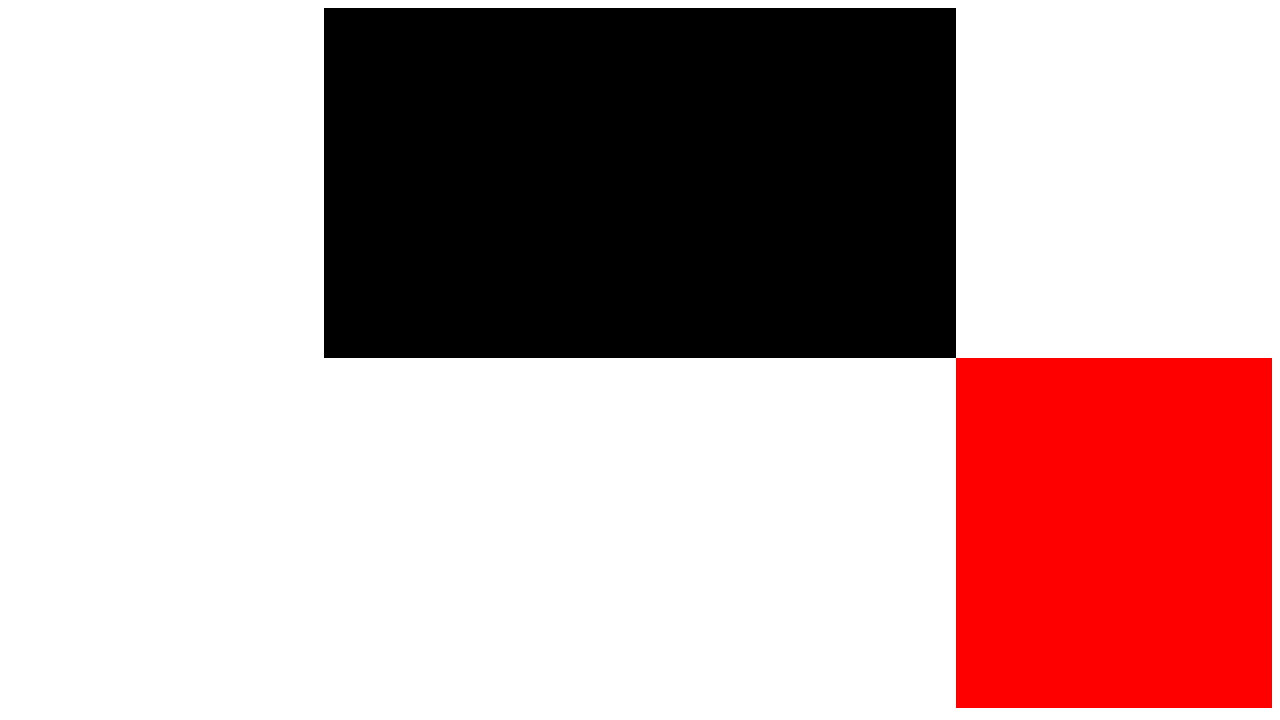
Repository: robvollmar/LHWDivision
Page: index.html
The author's editor kept a record of every edit. The page is drawn from the files as they stood at one moment, then again after the next edit.
The browser window is 1280 px wide. The pictures show the whole page.

Above is the page before.

After the next edit:
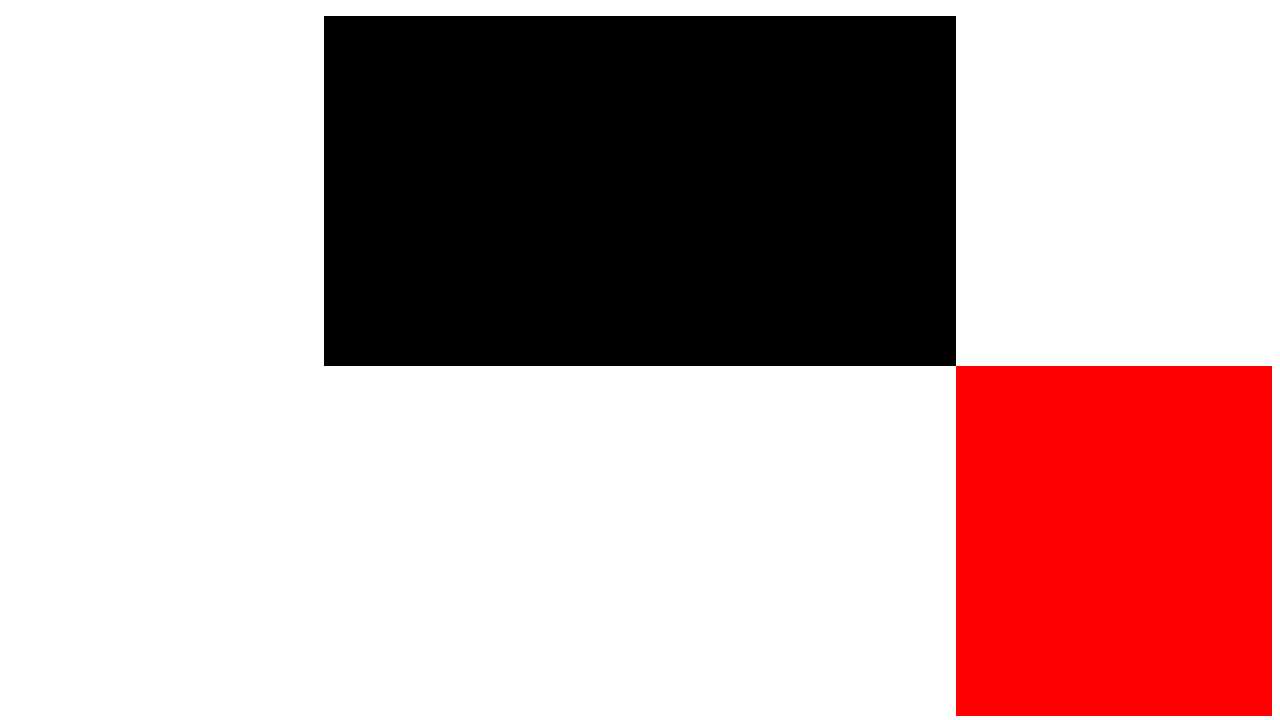
The edit:
--- a/index.html
+++ b/index.html
@@ -9,6 +9,14 @@
 
     </div>
         <div class="topmiddle">
+    <span class="toptext">
+            <p><strong><em>Ultimate Fighting Championship</em></strong>
+            </p>
+            <p><strong><em>Light Heavyweight Divison (205 lb max.)</em></strong>
+            </p>
+        </span>
+
+
     </div>
 
     <div class="topright">

After the 4 edits that followed:
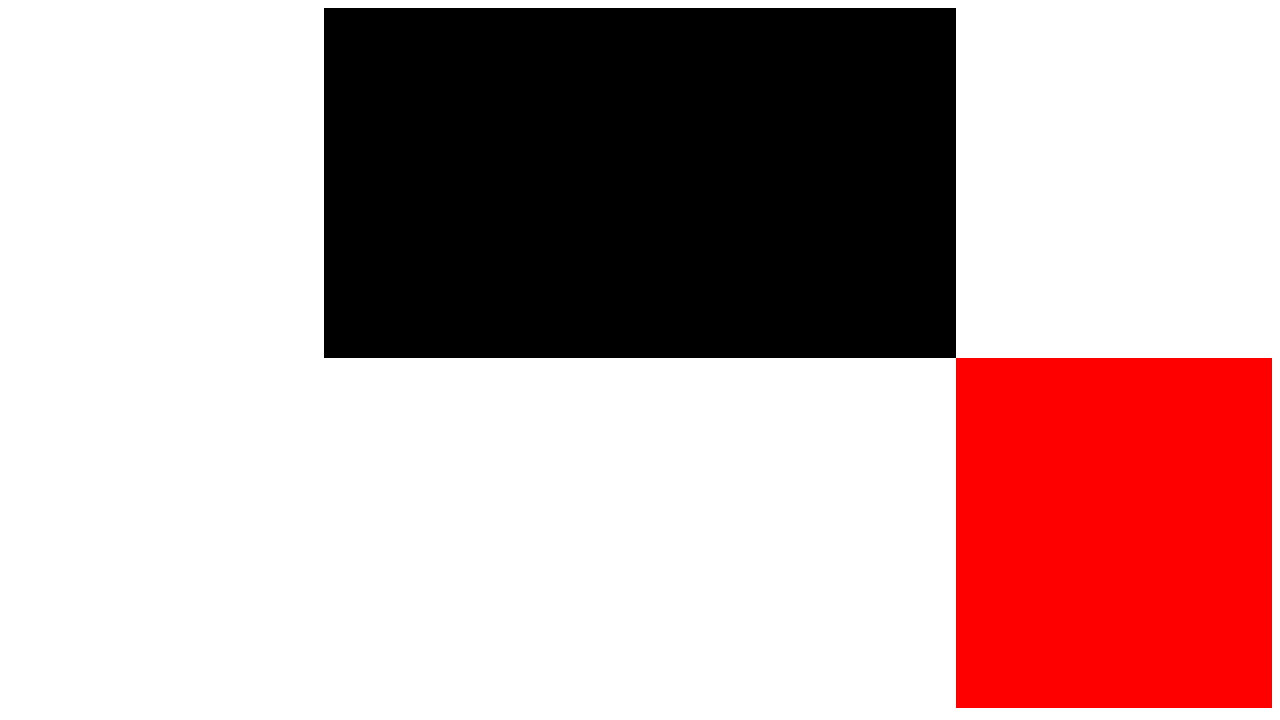
The 4 edits are shown as one change because 3 left the picture as it was.
The edit:
--- a/index.html
+++ b/index.html
@@ -9,17 +9,13 @@
 
     </div>
         <div class="topmiddle">
-    <span class="toptext">
-            <p><strong><em>Ultimate Fighting Championship</em></strong>
-            </p>
-            <p><strong><em>Light Heavyweight Divison (205 lb max.)</em></strong>
-            </p>
-        </span>
-
-
-    </div>
-
-    <div class="topright">
+            <span class="toptext">
+                <strong><em>Ultimate Fighting Championship</em></strong>
+                <p><strong><em>Light Heavyweight Divison (205 lb max.)</em></strong>
+                </p>
+            </span>
+        </div>
+        <div class="topright">
 
     </div>
 
